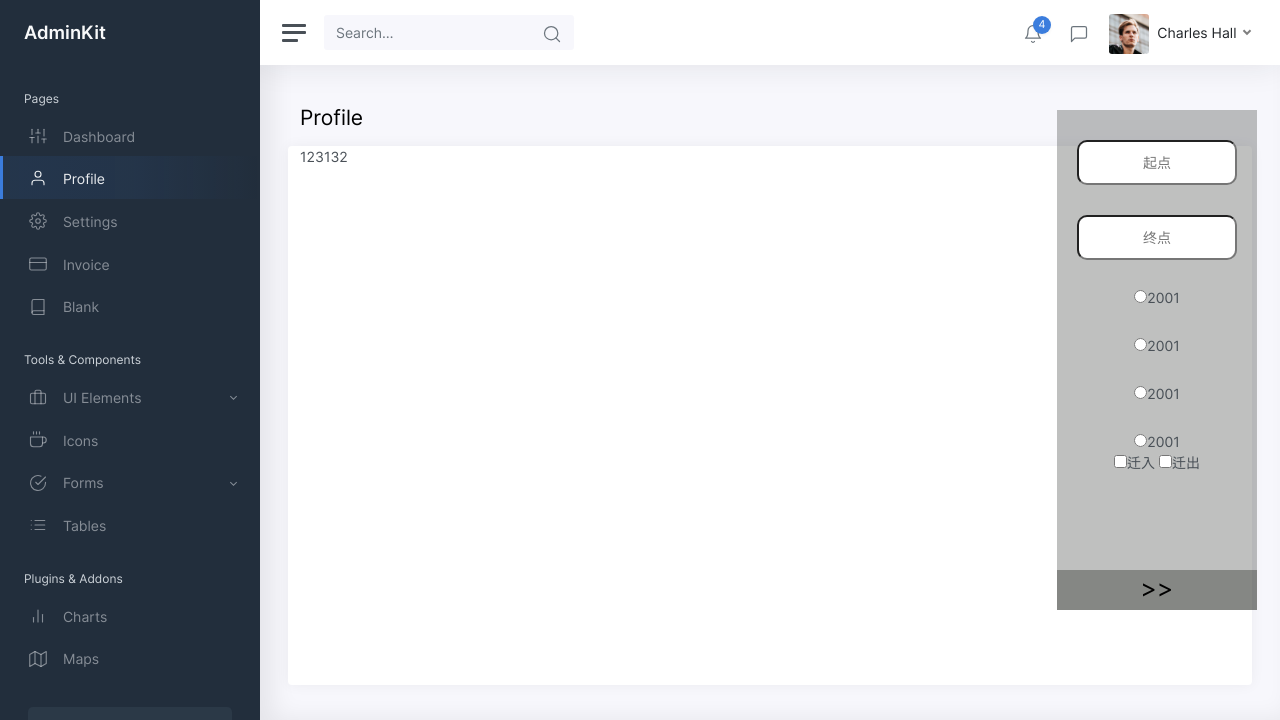
Repository: yuwei0922/WHURS-WGIS
Page: final_project/pages-profile.html
An editor plug-in stored every save of this project. The page is shown before and after the next save, followed by the edit.
The browser window is 1280 px wide. The pictures show the whole page.

Above is the page before, as saved 2022-12-21 21:38:00.
Not found: final_project/js/vendor.js

After the next save:
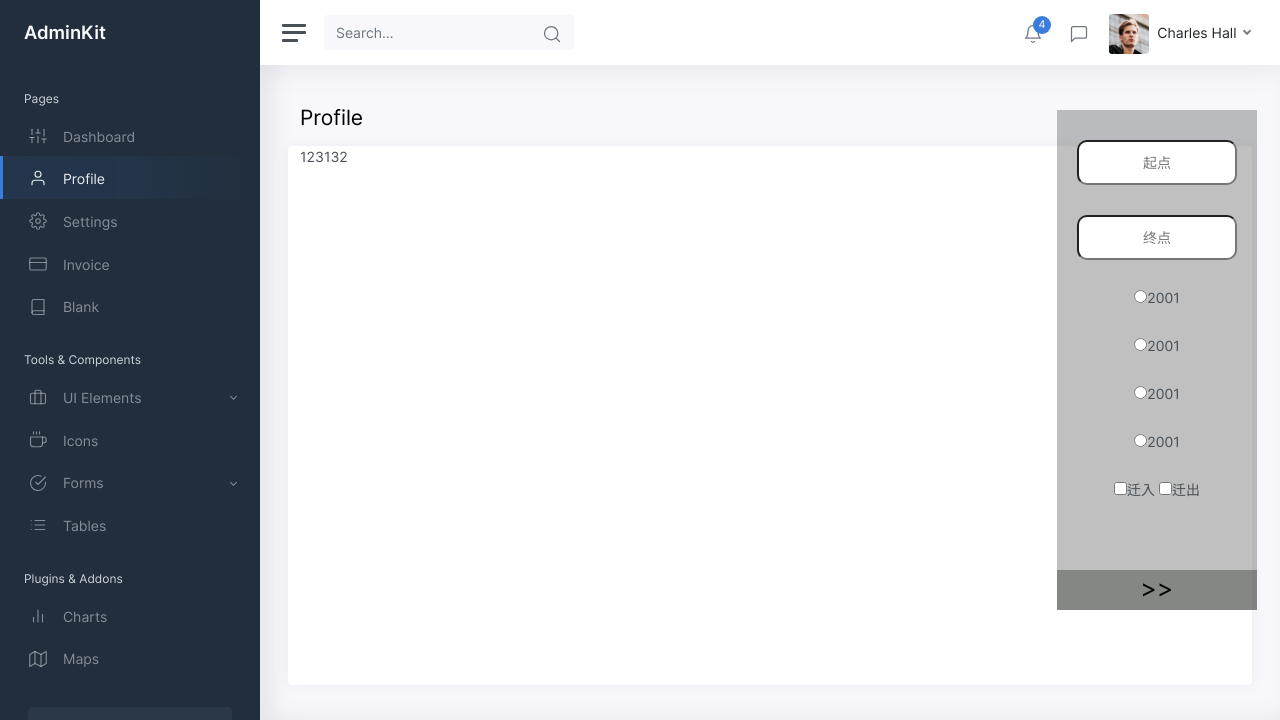
Saved 29 s later.
--- a/final_project/css/content.css
+++ b/final_project/css/content.css
@@ -34,6 +34,10 @@
     margin-top: 30px;
 }
 
+.inouttype{
+    margin-top: 30px;
+}
+
 .changedis{
     position: absolute;
     height: 40px;
